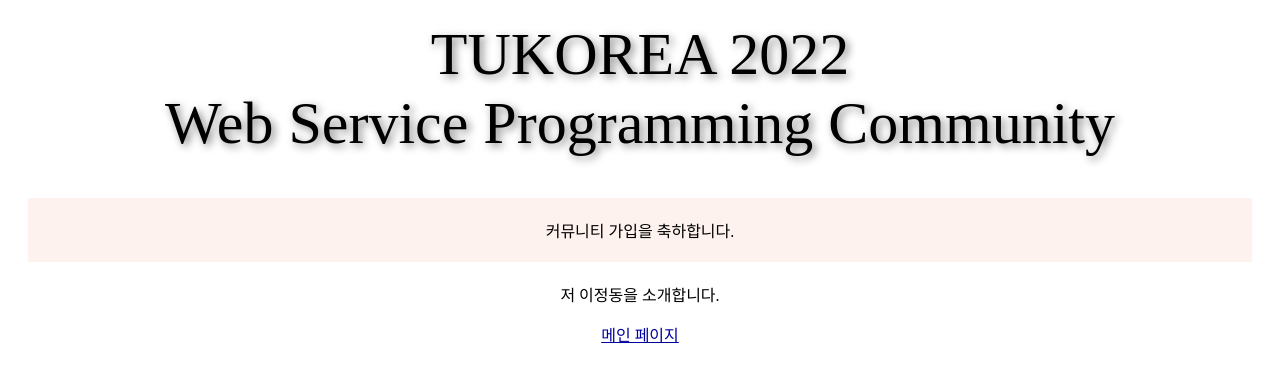
Repository: ljdongz/jsp-project
Page: http://localhost/jeongdong_reg/result.jsp
An editor plug-in stored every save of this project. The page is shown before and after the next save, followed by the edit.
The browser window is 1280 px wide. The pictures show the whole page.
The page is served by Tomcat 9.

Above is the page before, as saved 2022-09-27 14:01:05.

After the next save:
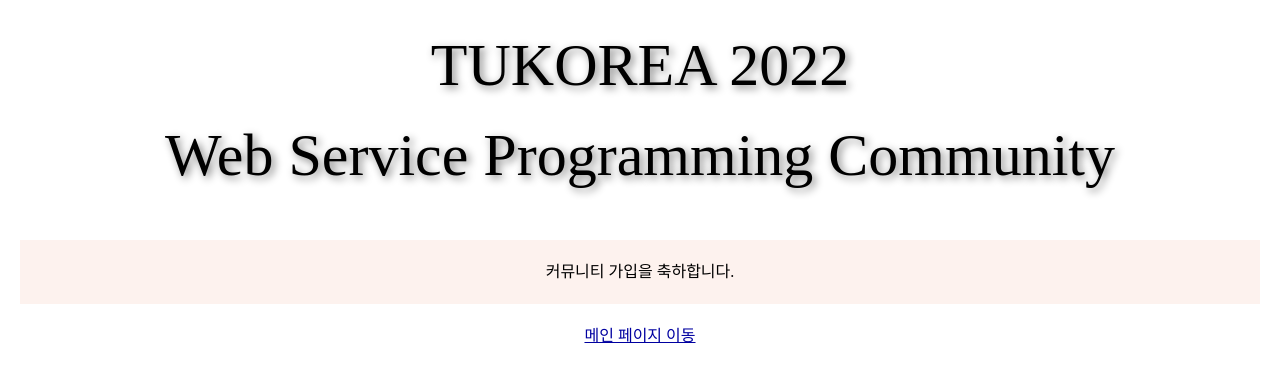
Saved 5 min 10 s later.
--- a/project1/jeongdong_reg/src/main/webapp/result.jsp
+++ b/project1/jeongdong_reg/src/main/webapp/result.jsp
@@ -5,6 +5,7 @@
 <head>
 <meta charset="UTF-8">
 <title>Result Page</title>
+<link rel="stylesheet" href="https://cdn.jsdelivr.net/npm/bootstrap@4.6.2/dist/css/bootstrap.min.css" integrity="sha384-xOolHFLEh07PJGoPkLv1IbcEPTNtaed2xpHsD9ESMhqIYd0nLMwNLD69Npy4HI+N" crossorigin="anonymous">
 <link rel="stylesheet" href="resources/register.css" type="text/css"></link>
 </head>
 <body>
@@ -12,12 +13,12 @@
 
 	<p id="sect">커뮤니티 가입을 축하합니다.</p>
 
-	<div>
-		<p>저 이정동을 소개합니다.</p>
-	</div>
+
+
+
 
 	<p style="text-align: center;">
-		<a href="http://localhost:8080/jeongdong_reg/welcome.html">메인 페이지</a>
+		<a href="http://localhost:8080/jeongdong_reg/welcome.html">메인 페이지 이동</a>
 	</p>
 </body>
 </html>
